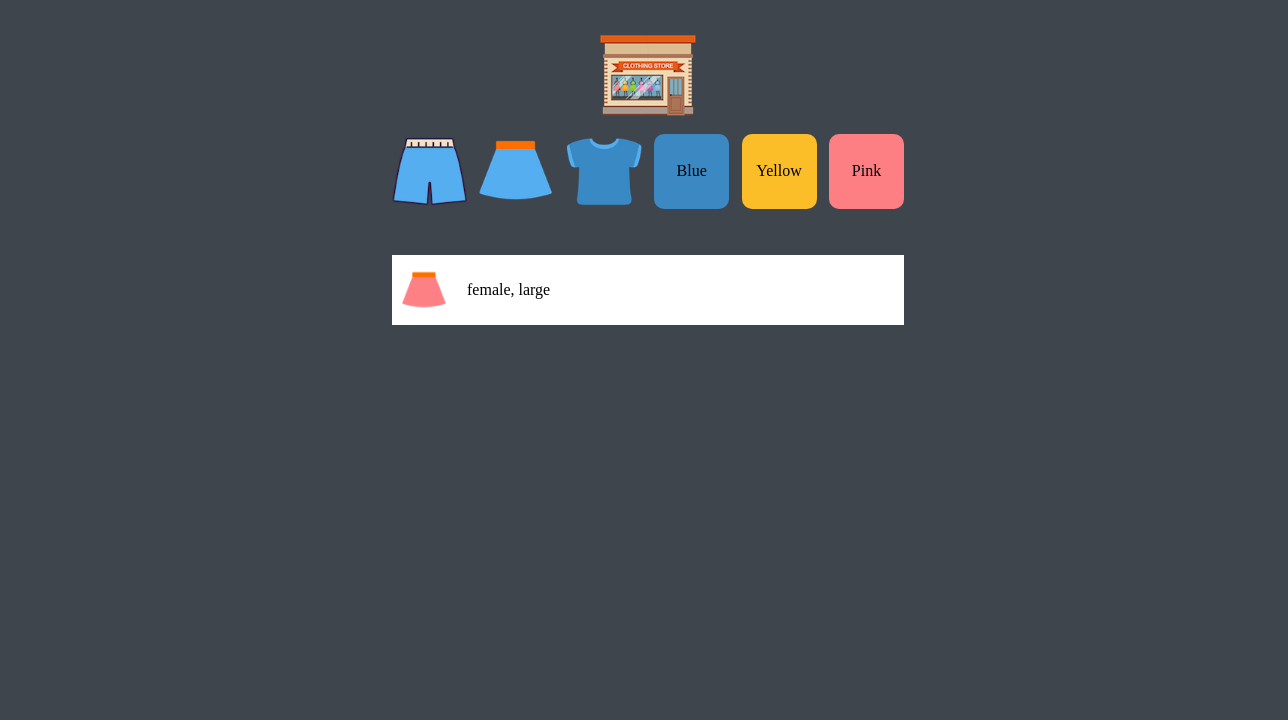
Repository: Jay-JYKim91/elle-shopping-mall
Page: index.html
The author's editor kept a copy of each file at every save. The page is drawn from the files as they stood at one save, then again after the next save.
The browser window is 1280 px wide. The page is 1288 px wide, so the pictures cover 1288 px, including what lies to the right of the window. The pictures show the whole page.

Above is the page before, as saved 2021-07-26 19:43:48.

After the next save:
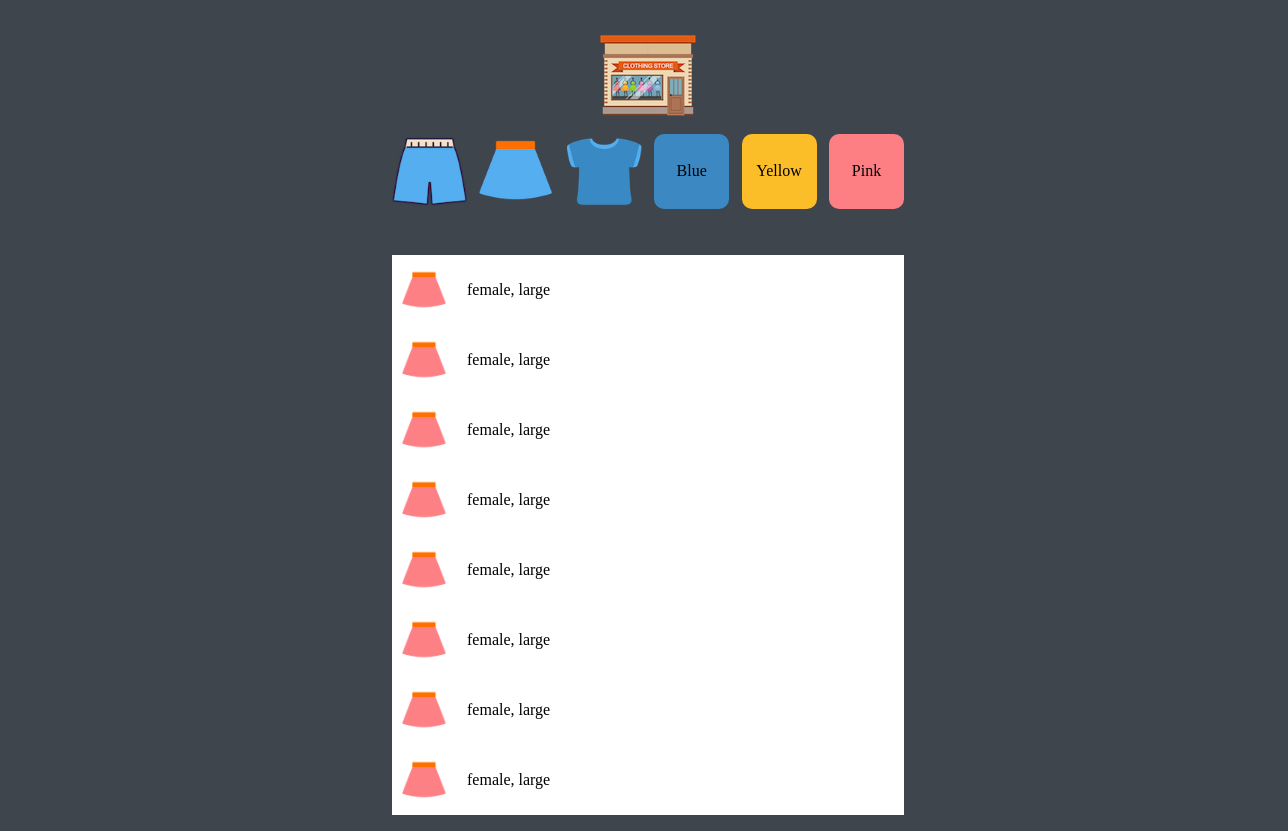
Saved 15 s later.
--- a/index.html
+++ b/index.html
@@ -28,6 +28,48 @@
               <p>female, large</p>
             </div>
           </li>
+          <li class="list">
+            <img src="./img/pink_s.png" alt="">
+            <div class="description">
+              <p>female, large</p>
+            </div>
+          </li>
+          <li class="list">
+            <img src="./img/pink_s.png" alt="">
+            <div class="description">
+              <p>female, large</p>
+            </div>
+          </li>
+          <li class="list">
+            <img src="./img/pink_s.png" alt="">
+            <div class="description">
+              <p>female, large</p>
+            </div>
+          </li>
+          <li class="list">
+            <img src="./img/pink_s.png" alt="">
+            <div class="description">
+              <p>female, large</p>
+            </div>
+          </li>
+          <li class="list">
+            <img src="./img/pink_s.png" alt="">
+            <div class="description">
+              <p>female, large</p>
+            </div>
+          </li>
+          <li class="list">
+            <img src="./img/pink_s.png" alt="">
+            <div class="description">
+              <p>female, large</p>
+            </div>
+          </li>
+          <li class="list">
+            <img src="./img/pink_s.png" alt="">
+            <div class="description">
+              <p>female, large</p>
+            </div>
+          </li>
         </ul>
       </div>
     </div>
